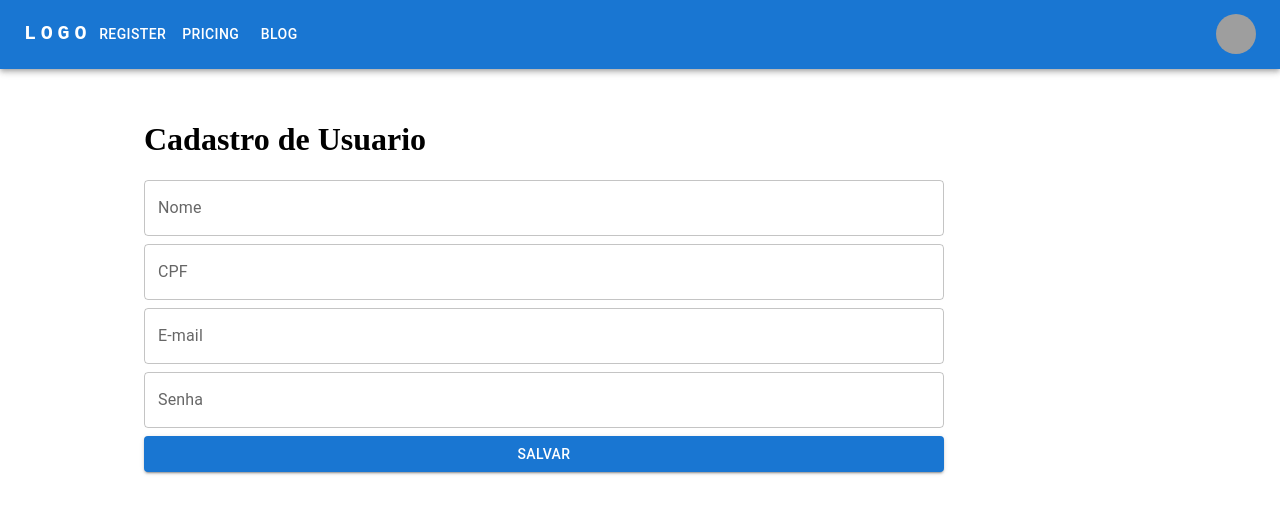
Repository: GabrielLeao02/sistema-react
Page: /register
These files come from the project's save history. The page is drawn as it stood at one moment and after the next save; the edit follows.
The browser window is 1280 px wide. The pictures show the whole page.
Pictures or frames that could not be fetched are drawn as grey boxes. The project was rebuilt for these pictures with package versions that can differ from the ones it lists, and the page was loaded fresh each time. Also part of the build but not shown: src/presenter/home/home.tsx.

Above is the page before, as saved 2023-07-24 15:05:03.

### index.html
<!DOCTYPE html>
<html lang="en">
  <head>
    <meta charset="UTF-8" />
    <link rel="icon" type="image/svg+xml" href="/vite.svg" />
    <meta name="viewport" content="width=device-width, initial-scale=1.0" />
    <title>Vite + React + TS</title>
    <style>
      html, body{
        margin: 0;
        padding: 0;
        box-sizing: border-box;
      }
    </style>
  </head>
  <body>
    <div id="root"></div>
    <script type="module" src="/src/main.tsx"></script>
  </body>
</html>

### src/App.tsx

import { Routes, Route, BrowserRouter } from 'react-router-dom';
import Home from './presenter/home/home';
import Register from './presenter/register/register';
import NavBar from './presenter/navBar/navBar';
import ContainerGlobal from './presenter/containerGlobal/containerGlobal';

function App() {
	return (
		<>
			<NavBar />
			<ContainerGlobal>
				<BrowserRouter>
					<Routes>
						<Route path='/' element={<Home />} />
						<Route path='/home' element={<Home />} />
						<Route path='/register' element={<Register />} />
					</Routes>
				</BrowserRouter>
			</ContainerGlobal>
		</>
	);
}

export default App;

### src/presenter/register/register.tsx
import { styled } from "styled-components";
import Button from '@mui/material/Button';
import NavBar from '../navBar/navBar';
import { useState } from 'react';
import FormUser from "../form/formUser";

const ContainerStyled = styled.div`
  box-sizing: border-box;
  display: flex;
  justify-content: center;
  flex-direction: column;
  align-items: start;
  margin-top: 80px;
  width: 80%;
`;

const DivRowStyled = styled.div`
    box-sizing: border-box;
    display: flex;
    gap: 5px 10px;
`


function Register() {
    const [mostrarBotao, setMostrar] = useState(true);

    return (
        <>

            <ContainerStyled>
                <h1>Cadastro de Usuario</h1>
                <FormUser />
            </ContainerStyled>
        </>
    )
}
export default Register

### src/presenter/navBar/navBar.tsx
import * as React from 'react';
import AppBar from '@mui/material/AppBar';
import Box from '@mui/material/Box';
import Toolbar from '@mui/material/Toolbar';
import IconButton from '@mui/material/IconButton';
import Typography from '@mui/material/Typography';
import Menu from '@mui/material/Menu';
import MenuIcon from '@mui/icons-material/Menu';
import Container from '@mui/material/Container';
import Avatar from '@mui/material/Avatar';
import Button from '@mui/material/Button';
import Tooltip from '@mui/material/Tooltip';
import MenuItem from '@mui/material/MenuItem';
import { styled } from "styled-components";

const NavBarStyled = styled.div`
  box-sizing: border-box;
  position: absolute;
  top: 0;
  width: 100%;
  display: flex;
  border: non;
  justify-content: space-between;
  align-items: center;
`;

const pages = ['register', 'Pricing', 'Blog'];
const settings = ['Profile', 'Account', 'Dashboard', 'Logout'];

const NavBar: React.VFC = () => {
    const [anchorElNav, setAnchorElNav] = React.useState<null | HTMLElement>(null);
    const [anchorElUser, setAnchorElUser] = React.useState<null | HTMLElement>(null);

    const handleOpenNavMenu = (event: React.MouseEvent<HTMLElement>) => {
        setAnchorElNav(event.currentTarget);
    };
    const handleOpenUserMenu = (event: React.MouseEvent<HTMLElement>) => {
        setAnchorElUser(event.currentTarget);
    };

    const handleCloseNavMenu = (event: string) => {
        window.location.href = "/" + event;
    };

    const handleCloseUserMenu = () => {
        setAnchorElUser(null);
    };

    return (
        <NavBarStyled>
            <AppBar position="static">
                <Container maxWidth="xl">
                    <Toolbar disableGutters>
                        <Typography
                            variant="h6"
                            noWrap
                            component="a"
                            href="/home"
                            sx={{
                                fontFamily: 'monospace',
                                fontWeight: 700,
                                letterSpacing: '.3rem',
                                color: 'inherit',
                                textDecoration: 'none',
                            }}
                        >
                            LOGO
                        </Typography>

                        <Box sx={{ flexGrow: 1, display: { xs: 'flex', md: 'none' } }}>
                            <IconButton
                                size="large"
                                aria-label="account of current user"
                                aria-controls="menu-appbar"
                                aria-haspopup="true"
                                onClick={handleOpenNavMenu}
                                color="inherit"
                            >
                                <MenuIcon />
                            </IconButton>
                            <Menu
                                id="menu-appbar"
                                anchorEl={anchorElNav}
                                anchorOrigin={{
                                    vertical: 'bottom',
                                    horizontal: 'left',
                                }}
                                keepMounted
                                transformOrigin={{
                                    vertical: 'top',
                                    horizontal: 'left',
                                }}
                                open={Boolean(anchorElNav)}
                                onClose={handleCloseNavMenu}
                                sx={{
                                    display: { xs: 'block', md: 'none' },
                                }}
                            >
                                {pages.map((page) => (
                                    <MenuItem key={page} onClick={() => handleCloseNavMenu(page)}>
                                        <Typography textAlign="center">{page}</Typography>
                                    </MenuItem>
                                ))}
                            </Menu>
                        </Box>

                        <Box sx={{ flexGrow: 1, display: { xs: 'none', md: 'flex' } }}>
                            {pages.map((page) => (
                                <Button
                                    key={page}
                                    onClick={() => handleCloseNavMenu(page)}
                                    sx={{ my: 2, color: 'white', display: 'block' }}
                                >
                                    {page}
                                </Button>
                            ))}
                        </Box>

                        <Box sx={{ flexGrow: 0 }}>
                            <Tooltip title="Open settings">
                                <IconButton onClick={handleOpenUserMenu} sx={{ p: 0 }}>
                                    <Avatar alt="Remy Sharp" src="/static/images/avatar/2.jpg" />
                                </IconButton>
                            </Tooltip>
                            <Menu
                                sx={{ mt: '45px' }}
                                id="menu-appbar"
                                anchorEl={anchorElUser}
                                anchorOrigin={{
                                    vertical: 'top',
                                    horizontal: 'right',
                                }}
                                keepMounted
                                transformOrigin={{
                                    vertical: 'top',
                                    horizontal: 'right',
                                }}
                                open={Boolean(anchorElUser)}
                                onClose={handleCloseUserMenu}
                            >
                                {settings.map((setting) => (
                                    <MenuItem key={setting} onClick={handleCloseUserMenu}>
                                        <Typography textAlign="center">{setting}</Typography>
                                    </MenuItem>
                                ))}
                            </Menu>
                        </Box>
                    </Toolbar>
                </Container>
            </AppBar>
        </NavBarStyled>
    );
};

export default NavBar;

### src/presenter/containerGlobal/containerGlobal.tsx
import styled from "styled-components";

const ContainerGlobal = styled.div`
    padding: 20px;
    box-sizing: border-box;
    width: 100%;
    display: flex;
    justify-content: center;

`
export default ContainerGlobal

### src/presenter/form/formUser.tsx
import React, { useState } from "react";
import Button from "@mui/material/Button";
import TextField from "@mui/material/TextField";
import styled from "styled-components";
import ContainerGlobal from "../containerGlobal/containerGlobal";
import { SelectChangeEvent } from '@mui/material/Select';
import { isCNPJ, formatToCNPJ, isCPF } from 'brazilian-values';
import bcrypt from 'bcryptjs';
const FormStyled = styled.div`
  box-sizing: border-box;
  display: flex;
  flex-direction: column;
  width: 100%;
  max-width: 800px;
  gap: 8px;
`;

function FormUser() {
    const [usuario_email_error, setUsuarioEmailError] = useState(false);
    const [emailErrorText, setEmailErrorText] = useState("");
    const [cpfErrorText, setCpfErrorText] = useState("");
    const [isCpf, setIsCpf] = useState(false);
    const [formData, setFormData] = useState({
        usuario_nome: "",
        usuario_cpf: "",
        usuario_email: "",
        usuario_senha: ""

    });

    const handleChange = (e: SelectChangeEvent<string[]> | React.ChangeEvent<{ name: string; value: unknown }>) => {
        const { name, value } = e.target as HTMLInputElement;
        setFormData((prevData) => ({ ...prevData, [name]: value }));
    };

    const isEmailValid = (email: string) => {
        // Expressão regular para validar o email
        const emailRegex = /^[^\s@]+@[^\s@]+\.[^\s@]+$/;
        return emailRegex.test(email);
    };


    const handleSubmit = async () => {
        try {
            const { usuario_nome, usuario_cpf, usuario_email, usuario_senha } = formData;

            if (!isCPF(usuario_cpf)) {
                setIsCpf(true)
                setCpfErrorText("Cpf Invalido!")
                return;
            } else {
                setIsCpf(false)
                setCpfErrorText("")
            }

            if (!isEmailValid(usuario_email)) {
                setUsuarioEmailError(true)
                setEmailErrorText("Insira um email valido!")
                return;
            } else {
                setUsuarioEmailError(false)
                setEmailErrorText("")
            }

            const saltRounds = 10;
            const hashedPassword = await bcrypt.hash(usuario_senha, saltRounds);
            formData.usuario_senha = hashedPassword;
            const response = await fetch("http://localhost:5000/salvarusuario", {
                method: "POST",
                headers: {
                    "Content-Type": "application/json",
                },
                body: JSON.stringify(formData),
            });

            if (!response.ok) {
                throw new Error("Erro ao salvar os dados do formulário");
            }

            console.log(response.json());
            // Opcionalmente, você pode redefinir os campos do formulário aqui
            setFormData({
                usuario_nome: "",
                usuario_cpf: "",
                usuario_email: "",
                usuario_senha: ""
            });
        } catch (error) {
            console.error(error);
        }
    };

    return (
        <>

                <FormStyled>
                    <TextField
                        id="usuario_nome"
                        name="usuario_nome"
                        label="Nome"
                        variant="outlined"
                        value={formData.usuario_nome}
                        onChange={handleChange}
                    />
                    <TextField
                        id="usuario_cpf"
                        name="usuario_cpf"
                        label="CPF"
                        error={isCpf}
                        variant="outlined"
                        value={formData.usuario_cpf}
                        onChange={handleChange}
                        helperText={cpfErrorText}
                    />
                    <TextField
                        id="usuario_email"
                        name="usuario_email"
                        error={usuario_email_error}
                        label="E-mail"
                        type="email"
                        variant="outlined"
                        value={formData.usuario_email}
                        onChange={handleChange}
                        helperText={emailErrorText}
                    />                    <TextField
                        id="usuario_senha"
                        name="usuario_senha"
                        error={usuario_email_error}
                        label="Senha"
                        type="password"
                        variant="outlined"
                        value={formData.usuario_senha}
                        onChange={handleChange}
                        helperText={emailErrorText}
                    />

                    <Button variant="contained" onClick={handleSubmit}>
                        Salvar
                    </Button>
                </FormStyled>

        </>
    );
}

export default FormUser;

Loaded but not shown: src/main.tsx (common file)

After the next save:
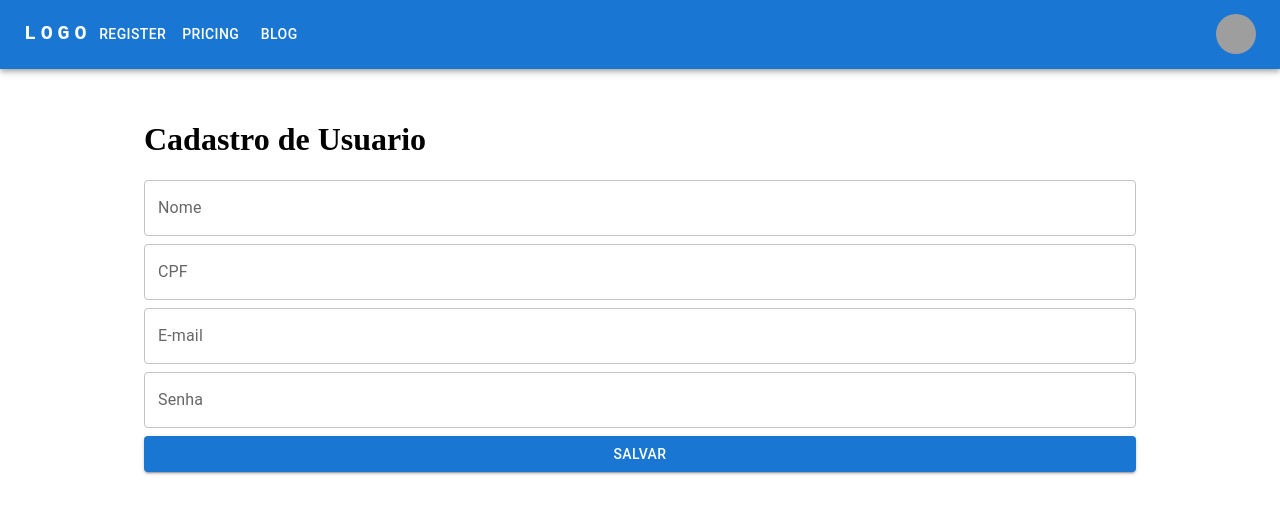
Saved 29 s later.
--- a/src/presenter/form/formUser.tsx
+++ b/src/presenter/form/formUser.tsx
@@ -11,7 +11,6 @@ const FormStyled = styled.div`
   display: flex;
   flex-direction: column;
   width: 100%;
-  max-width: 800px;
   gap: 8px;
 `;
 
